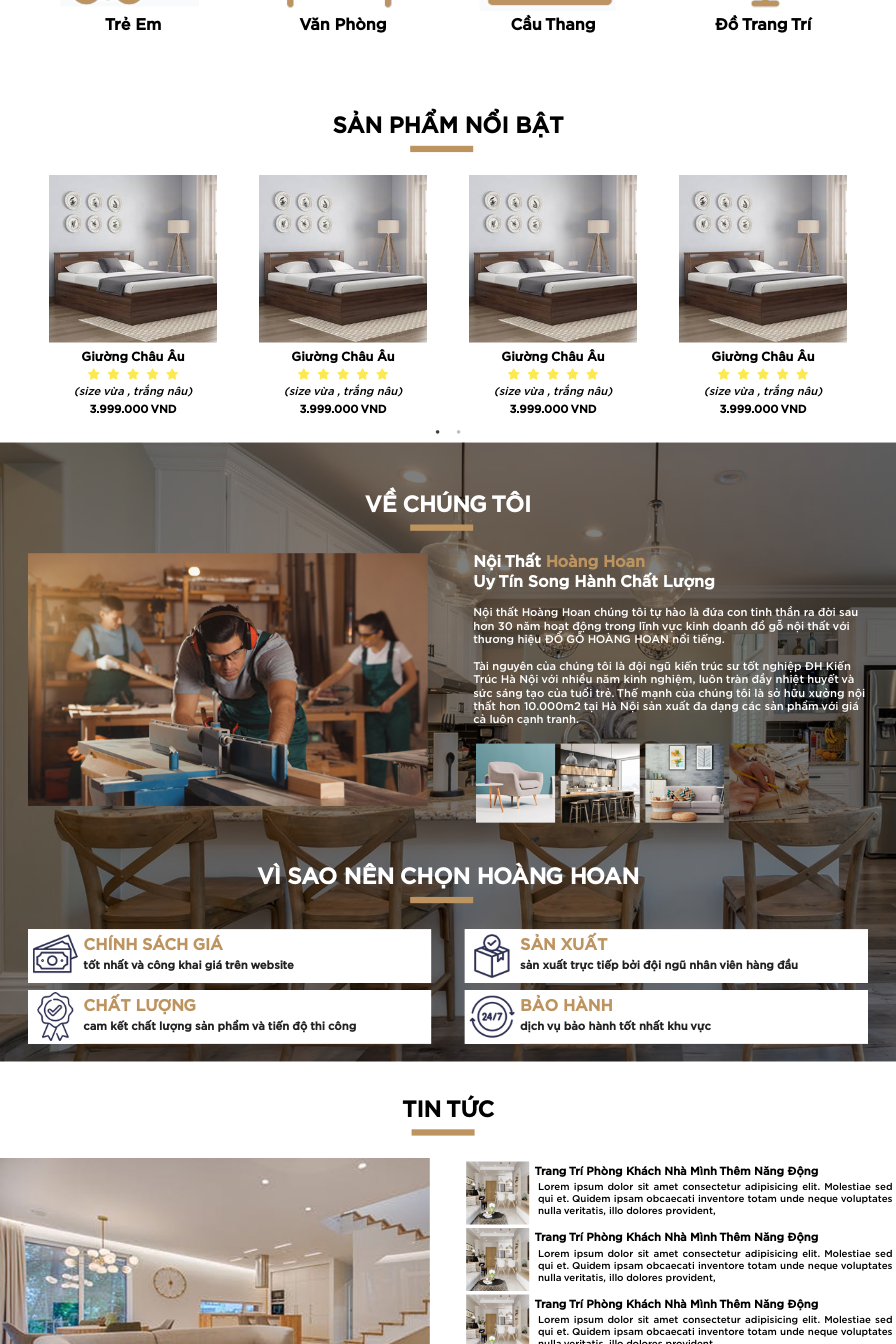
Repository: LDDUNG2003/prj_2
Page: /
These files come from the project's save history. The page is drawn as it stood at one moment and after the next save; the edit follows.
The browser window is 1280 px wide. The pictures show the part of the page from y = 1135 to 3055 px (the page is 3917 px tall before and 5438 px after), at 70% of full size.
The project was rebuilt for these pictures with package versions that can differ from the ones it lists, and the page was loaded fresh each time. Also part of the build but not shown: src/pages/news/index.js.

Above is the page before, as saved 2023-09-19 11:13:27.

### public/index.html
<!doctype html>
<html lang="en">
  <head>
    <meta charset="utf-8">
    <meta name="viewport" content="width=device-width, initial-scale=1">
    <link rel="shortcut icon" href="./img/logo.png">
    <link rel="preconnect" href="https://fonts.googleapis.com">
    <link rel="preconnect" href="https://fonts.gstatic.com" crossorigin>
    <link href="https://fonts.googleapis.com/css2?family=Roboto:ital,wght@0,100;0,300;0,400;0,500;1,100;1,400;1,500;1,700;1,900&display=swap" rel="stylesheet">
    <title>Trang Chu</title>
  </head>
  <body>
    <div id="root"></div>
  </body>
</html>

### src/App.js
import React, { Component } from 'react';
import { BrowserRouter as Router , Routes, Route } from 'react-router-dom';
import defaultLayout from './layouts/defaultLayout';
import { publicRoute } from './routes';
import './styles/css/responsive.css';

class App extends Component {
  render() {
    let Layout = defaultLayout
    return (
      <Router>
        <div className="App">
        <Routes>
        {publicRoute.map((route ,index) => {
            const Page = route.component
            return <Route key={index} path={route.path} element={<Layout><Page/></Layout>}/>
          })}
        </Routes>
        </div>
      </Router>
    );
  }
}

export default App;

### src/layouts/defaultLayout/index.js
import Header from "../header";
import Footer from "../footer";
import "../../styles/css/base.css";

function defaultLayout({children}) {
    return(
        <>
        <Header />
        <div className="content">{children}</div>
        <Footer />
        </>
    );
}

export default defaultLayout;

### src/routes/index.js
import Home from '~/pages/home'
import News from '~/pages/news'

const publicRoute = [
    {path: '/',component: Home},
    {path: '/news',component: News}
]

export  {publicRoute}

### src/styles/css/responsive.css
@media (min-width:767px) {
    #mobileMenu {
        display: none;
    }
}

@media (max-width: 767px) {
    #mobileMenu {
        display: block;
    }
    .logo--block {
        width: 100%;
        display: flex;
        align-items: center;
        justify-content: space-between;
    }
    .navBar {
        display: block;
        height: auto;
    }
    .menu-mobile {
        width: 40px;
        height: 40px;
        padding: 10px;
        border: 0px;
        background-color: var(--primary-color);
    }
    .navBar__list {
        display: none;
        width: 100%;
    }
    .navBar__list-item {
        padding: 4px;
        border-bottom: 2px solid #ccc;
    }
    .content__focut {
        position: static;
    }
    .focut--item {
        width: 50%;
    }
    .content__banner {
        width: 100%;
    }
    .banner--content {
        display: none;
    }
    .slick-prev:before,
    .slick-next:before {
        display: none;
    }
    .about--background {
        display: none;
    }
    .about__us-bag {
        position: static;
    }
    .about--block {
        display: block;
    }
    .about--content {
        width: 100%;
        color: var(--text-color);
    }
    .about--content img {
        width: 100%;
    }
    .content--title {
        color: var(--text-color);
    }
    .news--contain {
        display: block;
    }
    .mobile-display {
        display: none;
    }
    .news--contain--item {
        width: 100%;
    }
    .news--list-item {
        width: 100%;
        overflow: hidden;
    }
    .news--list-item img {
        height: 100%;
    }
    .partner--list {
        flex-wrap: wrap;
    }
    .partner--item {
        width: 50%;
    }
    .content--contact {
        display: none;
    }
    .footer__lable {
        display: block;
    }
    .footer--list {
        width: 100%;
        padding: 10px 0px;
    }
    .footer--list-item {
        width: 100%;
        padding: 5px 0px;
    }
    /* news responsive */
    .news--content-list {
        margin: 0px 20px;
    }
    .news--content-item {
        width: 100%;
    }
    .featured--list {
        width: 100%;
        margin: 10px;
        flex-wrap: wrap;
    }
    .featured--item {
        width: 100%;
    }
}

### src/layouts/header/index.js
function Header(){
    return (
        <div className="header">
            <div className="navBar">
                <div className="logo--block">
                <img src="./img/logo.png" alt="logo" className="logo" />
                <button className="menu-mobile" id="mobileMenu"><i className="fas fa-bars" style={{color: '#fff'}} /></button>
                </div>
                <ul className="navBar__list">
                <li className="navBar__list-item"><a href="/" className="navBar__list--link">trang chủ</a></li>
                <li className="navBar__list-item">
                    <a href="./index.html" className="navBar__list--link">giới thiệu</a>
                </li>
                <li className="navBar__list-item">
                    <a href="./product.html" className="navBar__list--link">sản phẩm</a>
                </li>
                <li className="navBar__list-item">
                    <a href="./partner.html" className="navBar__list--link">đối tác</a>
                </li>
                <li className="navBar__list-item">
                    <a href="/news" className="navBar__list--link">tin tức</a>
                </li>
                <li className="navBar__list-item">
                    <a href className="navBar__list--link">liên hệ</a>
                </li>
                </ul>
            </div>
        </div>

    )
}

export default Header

### src/styles/css/base.css
* {
    padding: 0px;
    margin: 0px;
    font-family: "Gotham-Medium";
}

:root {
    --primary-color: #bd945f;
    --text-color: #222222;
}


/* font setting */

@font-face {
    font-family: "Gotham-Medium";
    src: url(../front/Gotham-Medium.otf);
}

@font-face {
    font-family: "Gotham-Thin";
    src: url(../front/Gotham-Thin.otf);
}

@font-face {
    font-family: "Gotham-Ultra";
    src: url(../front/Gotham-Ultra.otf);
}

.App {
    width: 100%;
    overflow: hidden;
}

.main {
    width: 100%;
}

.header {
    padding: 10px 0px;
    margin: auto;
    width: 100%;
    max-width: 1200px;
}

.navBar {
    display: flex;
    width: 100%;
    justify-content: space-between;
}

.logo {
    height: 80px;
}

.navBar__list {
    display: flex;
    list-style: none;
    align-items: center;
}

.navBar__list-item {
    margin: 0 10px;
}

.navBar__list--link {
    text-transform: uppercase;
    font-size: 16px;
    color: var(--text-color);
    text-decoration: none;
}

.featured--content {
    padding-top: 10px;
    text-align: center;
}

.featured-name {
    font-size: 18px;
    text-transform: capitalize;
}

.evaluate--list {
    list-style: none;
    display: flex;
    justify-content: center;
}

.evaluate--list li {
    padding: 5px;
    margin: 0;
}

.note-product {}

.content--title {
    font-size: 32px;
    padding: 50px 0px;
    text-align: center;
    position: relative;
    text-transform: uppercase;
}

.content--title::before {
    content: '';
    background-color: var(--primary-color);
    width: 90px;
    height: 9px;
    position: absolute;
    top: 70%;
    right: 47%;
}

.content__featured {
    width: 100%;
    max-width: 1200px;
    margin: auto;
    padding-bottom: 30px;
}

.featured--list {
    width: 100%;
    list-style: none;
    display: flex;
    text-align: center;
}

.featured--item {}

.featured--img {
    width: 80%;
    margin: auto;
}

.price-product {
    padding: 7px 0px;
    font-weight: 800;
    font-size: 16px;
}

.slick-prev:before,
.slick-next:before {
    color: var(--primary-color);
    width: 15px;
    display: inline-block;
}

.footer {
    background-color: black;
}

.footer__lable {
    max-width: 1200px;
    margin: auto;
    display: flex;
    width: 100%;
    justify-content: space-around;
    color: #fff;
    justify-content: space-between;
}

.footer--list {
    list-style: none;
    width: 32%;
}

.footer--list-item {
    font-size: 16px;
    padding-top: 8px;
    text-transform: capitalize;
    font-family: initial;
}

.footer--list-heading {
    font-size: 18px;
    font-weight: 300;
    text-transform: uppercase;
    position: relative;
    padding-bottom: 0px;
    font-family: 'Gotham-Medium';
}

.footer--list-heading::after {
    content: '';
    background-color: var(--primary-color);
    width: 110px;
    padding-top: 6px;
    position: absolute;
    left: 0px;
    bottom: -8px;
}

.footer--inheri {
    text-transform: uppercase;
    font-weight: 600;
    font-size: 18px;
}

.footer--list-contact {
    display: flex;
    list-style: none;
}

.fooder--list-contact-item {
    width: 16px;
    padding: 5px;
}

### src/pages/home/setProductSlick/index.js
import "slick-carousel/slick/slick.css";
import "slick-carousel/slick/slick-theme.css";
import React, { Component } from "react";
import Slider from "react-slick";
import "~/styles/css/home.css"
import Star from "~/font-awesome"

export default class SimpleSlider extends Component {

  render() {
    const settings = {
      dots: true,
      speed: 300,
      slidesToShow: 4,
      slidesToScroll: 4,
      infinite: false,
    };
    return (
      <div>
        <Slider {...settings}>
        <li className="featured--item">
            <img src="./img/featured/giuong-ngu.png" alt className="featured--img" />
            <div className="featured--content">
              <h5 className="featured-name">Giường Châu Âu</h5>
              <ul className="evaluate--list">
                <li><Star/></li>
                <li><Star/></li>
                <li><Star/></li>
                <li><Star/></li>
                <li><Star/></li>
              </ul>
              <i className="note-product">(size vừa , trắng nâu)</i>
              <p className="price-product">3.999.000 VND</p>
            </div>
          </li>
          <li className="featured--item">
            <img src="./img/featured/giuong-ngu.png" alt className="featured--img" />
            <div className="featured--content">
              <h5 className="featured-name">Giường Châu Âu</h5>
              <ul className="evaluate--list">
               <li><Star/></li>
                <li><Star/></li>
                <li><Star/></li>
                <li><Star/></li>
                <li><Star/></li>
              </ul>
              <i className="note-product">(size vừa , trắng nâu)</i>
              <p className="price-product">3.999.000 VND</p>
            </div>
          </li>
          <li className="featured--item">
            <img src="./img/featured/giuong-ngu.png" alt className="featured--img" />
            <div className="featured--content">
              <h5 className="featured-name">Giường Châu Âu</h5>
              <ul className="evaluate--list">
               <li><Star/></li>
                <li><Star/></li>
                <li><Star/></li>
                <li><Star/></li>
                <li><Star/></li>
              </ul>
              <i className="note-product">(size vừa , trắng nâu)</i>
              <p className="price-product">3.999.000 VND</p>
            </div>
          </li>
          <li className="featured--item">
            <img src="./img/featured/giuong-ngu.png" alt className="featured--img" />
            <div className="featured--content">
              <h5 className="featured-name">Giường Châu Âu</h5>
              <ul className="evaluate--list">
               <li><Star/></li>
                <li><Star/></li>
                <li><Star/></li>
                <li><Star/></li>
                <li><Star/></li>
              </ul>
              <i className="note-product">(size vừa , trắng nâu)</i>
              <p className="price-product">3.999.000 VND</p>
            </div>
          </li>
          <li className="featured--item">
            <img src="./img/featured/giuong-ngu.png" alt className="featured--img" />
            <div className="featured--content">
              <h5 className="featured-name">Giường Châu Âu</h5>
              <ul className="evaluate--list">
               <li><Star/></li>
                <li><Star/></li>
                <li><Star/></li>
                <li><Star/></li>
                <li><Star/></li>
              </ul>
              <i className="note-product">(size vừa , trắng nâu)</i>
              <p className="price-product">3.999.000 VND</p>
            </div>
          </li>
        </Slider>
      </div>
    );
  }
}

### src/styles/css/news.css
.news--contet {
    width: 100%;
    max-width: 1200px;
    margin: auto;
    padding-bottom: 50px;
}

.news--content-list {
    display: flex;
    flex-wrap: wrap;
    list-style: none;
    align-items: center;
}

.news--content-item {
    width: 33%;
    padding: 20px;
    box-sizing: border-box;
}

.news--item-img {
    width: 100%;
}

.news--item-contain {
    margin: auto;
    margin-left: 8px;
}

.news--contain-heading {
    font-size: 23px;
    color: var(--primary-color);
    text-transform: uppercase;
}

.news--contain-text {
    padding: 10px 0px 0px 0px;
    font-size: 16px;
}

### src/styles/css/home.css
.content {
    width: 100%;
    max-width: 1500px;
    margin: auto;
}

.content__banner {
    width: 100%;
    position: relative;
}

.content--list-image {
    width: 100%;
    max-width: 1500px;
    margin: auto;
}

.content--image {
    width: 100%;
}

.banner--content {
    position: absolute;
    top: 10%;
    left: 15%;
}

.banner--content-text-title {
    text-transform: uppercase;
    font-family: 800;
    font-family: "gotham-utral";
    font-size: 25px;
}

.banner--content-text {
    font-size: 18px;
    color: var(--text-color);
    width: 420px;
}

.banner--button {
    padding: 20px;
    color: aliceblue;
    background-color: var(--primary-color);
    border: none;
    font-family: "gotham-utral";
    font-size: 18px;
    cursor: pointer;
}

.content__focut {
    position: relative;
    background-color: #ffffff;
    top: -60px;
    max-width: 1200px;
    width: 100%;
    margin: auto;
}

.focut--list {
    margin: auto;
    display: flex;
    width: 100%;
    list-style: none;
    flex-wrap: wrap;
}

.focut--item {
    width: 25%;
    text-align: center;
}

.focut--img {
    width: 100%;
}

.focut--text {
    text-align: center;
    font-size: 23px;
}

.content__featured {
    width: 100%;
    max-width: 1200px;
    margin: auto;
    padding-bottom: 30px;
}

.featured--list {
    width: 100%;
    list-style: none;
    display: flex;
    text-align: center;
}

.featured--item {
    width: 24%;
}

.featured--img {
    width: 80%;
    margin: auto;
}

.about__us {
    position: relative;
    width: 100%;
    max-width: 1500px;
    margin: auto;
    padding: 20px 0px;
    background-image: url("../img/bg-about-us.jpg");
    display: flex;
    justify-content: center;
}

.about__us::before {
    content: "";
    position: absolute;
    width: 100%;
    height: 100%;
    background-color: black;
    opacity: 0.5;
    z-index: 0;
    top: 0px;
    display: block;
}

.about__us-bag {
    top: 0px;
    width: 100%;
    max-width: 1200px;
    left: 10%;
    color: #ffffff;
    z-index: 1;
}

.about__content {
    width: 100%;
}

.about--block {
    display: flex;
    justify-content: space-between;
}

.about--content {
    width: 47%;
}

.about--content--title {
    font-size: 23px;
}

.about--text--list {
    font-size: 16px;
    padding: 10px 0px;
}

.about--text {
    padding: 10px 0px;
}

.about--list {
    list-style: none;
    display: flex;
}

.about--item {
    width: 20%;
    padding: 4px;
}

.about--img {
    width: 100%;
}

.choose__choose {
    width: 100%;
}

.choose--list {
    list-style: none;
    display: flex;
    flex-wrap: wrap;
    justify-content: space-between;
}

.choose--item {
    align-items: center;
    margin: 5px 0px;
    width: 48%;
    display: flex;
    background-color: #ffffff;
}

.choose--content-title {
    color: var(--primary-color);
    font-size: 23px;
    text-transform: uppercase;
    font-weight: 800;
}

.choose--text {
    font-weight: 700;
    font-size: 16px;
    padding: 5px 0px;
    color: var(--text-color);
}

.news {}

.content--title {}

.news--contain {
    display: flex;
    width: 100%;
    justify-content: space-between;
}

.news--contain--item {
    width: 48%;
    position: relative;
}

.impotant--grd {
    height: 460px;
    width: 100%;
}

.news-contain-impotant {
    margin-right: 10px;
    position: absolute;
    bottom: 0;
    height: 25%;
    background-color: var(--primary-color);
    padding: 20px 10px;
    width: 97%;
}

.news--impotant-heading {
    font-size: 23px;
    text-transform: uppercase;
    color: #ffffff;
}

.news--impotant-text {
    font-size: 16px;
}

.news--list {
    list-style: none;
}

.news--list-item {
    margin: 5px 0;
    display: flex;
    height: 90px;
}

.news--item-container {
    font-size: 14px;
    margin: 5px;
    font-weight: 100;
    text-align: justify;
}

.new--itemheading {
    font-size: 16px;
    text-transform: capitalize;
}

.news--impotant-text {
    margin: 0px;
}

.partner--contain {}

.partner--list {
    display: flex;
    list-style: none;
    flex-wrap: wrap;
    width: 100%;
    /* setup max width  */
    max-width: 1200px;
    margin: auto;
}

.partner--item {
    /* setup width calc 100/7 */
    width: calc(100% / 7);
    /* width: calc(100%/7%); */
}

.content--contact {
    width: 100%;
    margin: auto;
    max-width: 1500px;
    position: relative;
}

.contact--contain {}

.contact-bg {
    width: 100%;
}

.contact-contain {}

.contact-image {
    position: absolute;
    display: none;
}

### src/font-awesome/index.js
import { FontAwesomeIcon } from "@fortawesome/react-fontawesome";
import { faStar} from "@fortawesome/free-solid-svg-icons";
function Star() {
    return (
        <FontAwesomeIcon icon={faStar} style={{color: "#fce94f",}} />
     );
}


export default Star;

Loaded but not shown: src/index.js (common file); src/index.css (common file); src/pages/home/index.js (214 lines, source omitted); src/layouts/footer/index.js (47 lines, source omitted)

After the next save:
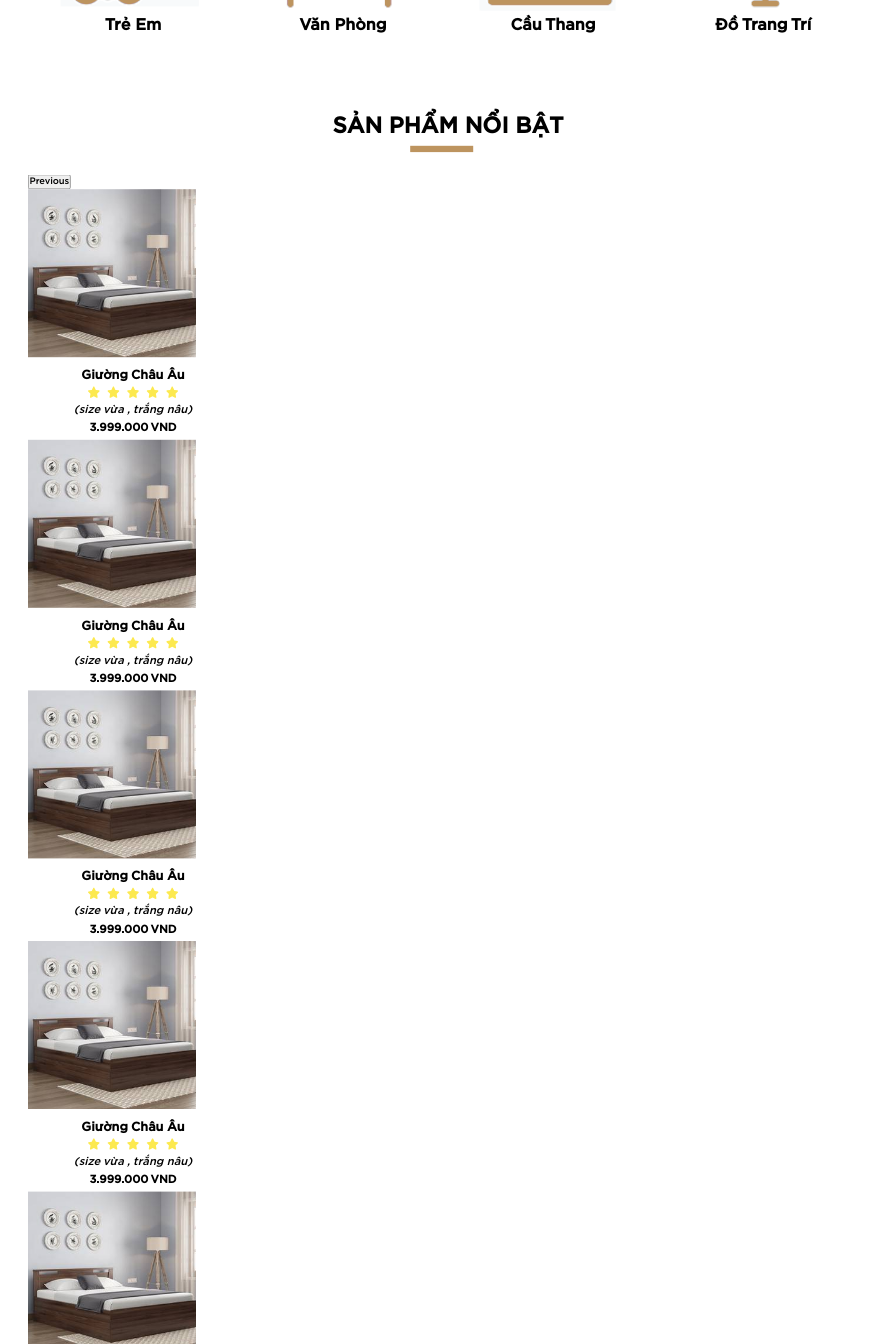
Saved 24 s later.
--- a/src/pages/home/setProductSlick/index.js
+++ b/src/pages/home/setProductSlick/index.js
@@ -1,5 +1,3 @@
-import "slick-carousel/slick/slick.css";
-import "slick-carousel/slick/slick-theme.css";
 import React, { Component } from "react";
 import Slider from "react-slick";
 import "~/styles/css/home.css"

After the save that followed:
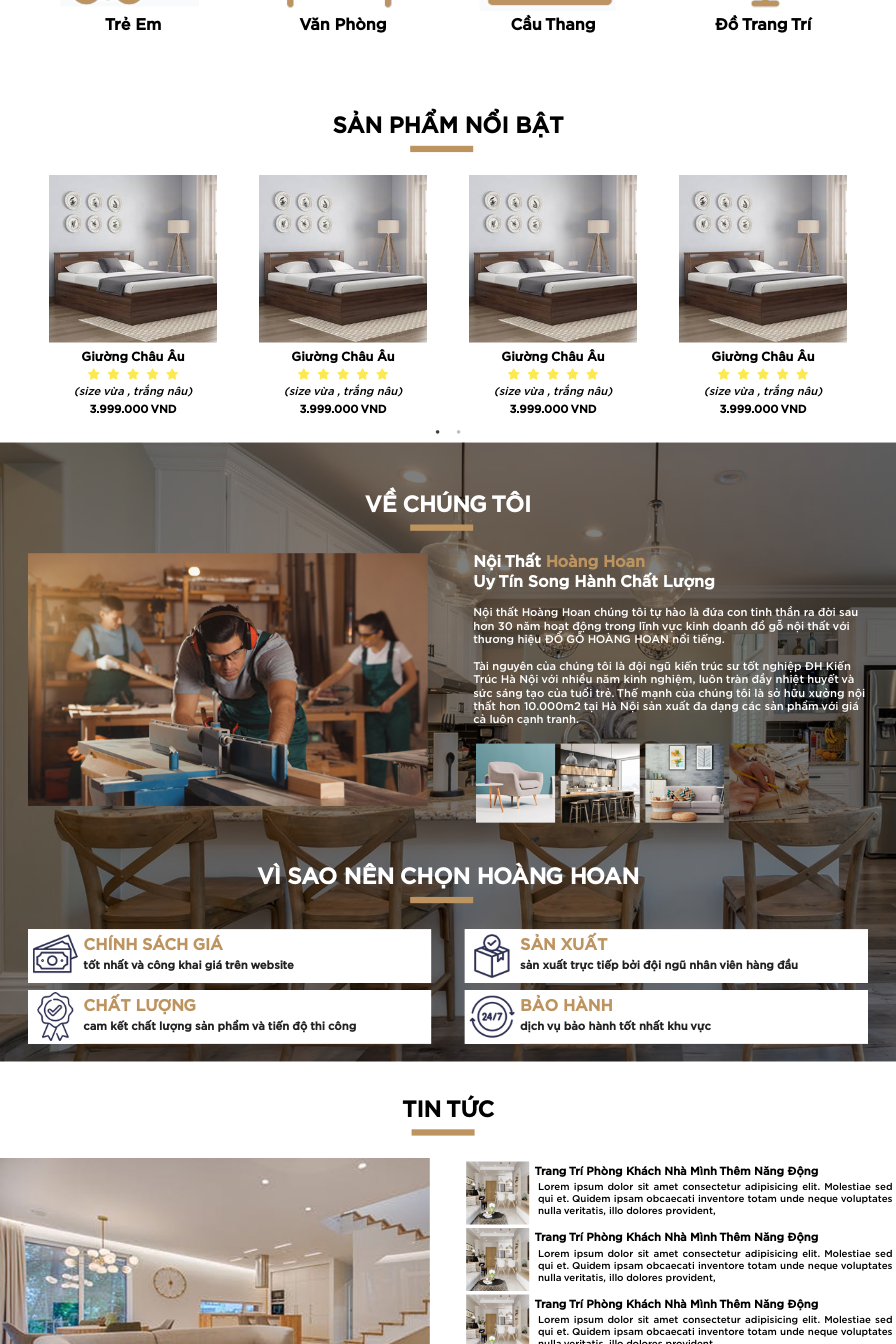
Saved 5 s later.
--- a/src/App.js
+++ b/src/App.js
@@ -2,6 +2,8 @@
 import { BrowserRouter as Router , Routes, Route } from 'react-router-dom';
 import defaultLayout from './layouts/defaultLayout';
 import { publicRoute } from './routes';
+import "slick-carousel/slick/slick.css";
+import "slick-carousel/slick/slick-theme.css";
 import './styles/css/responsive.css';
 
 class App extends Component {
